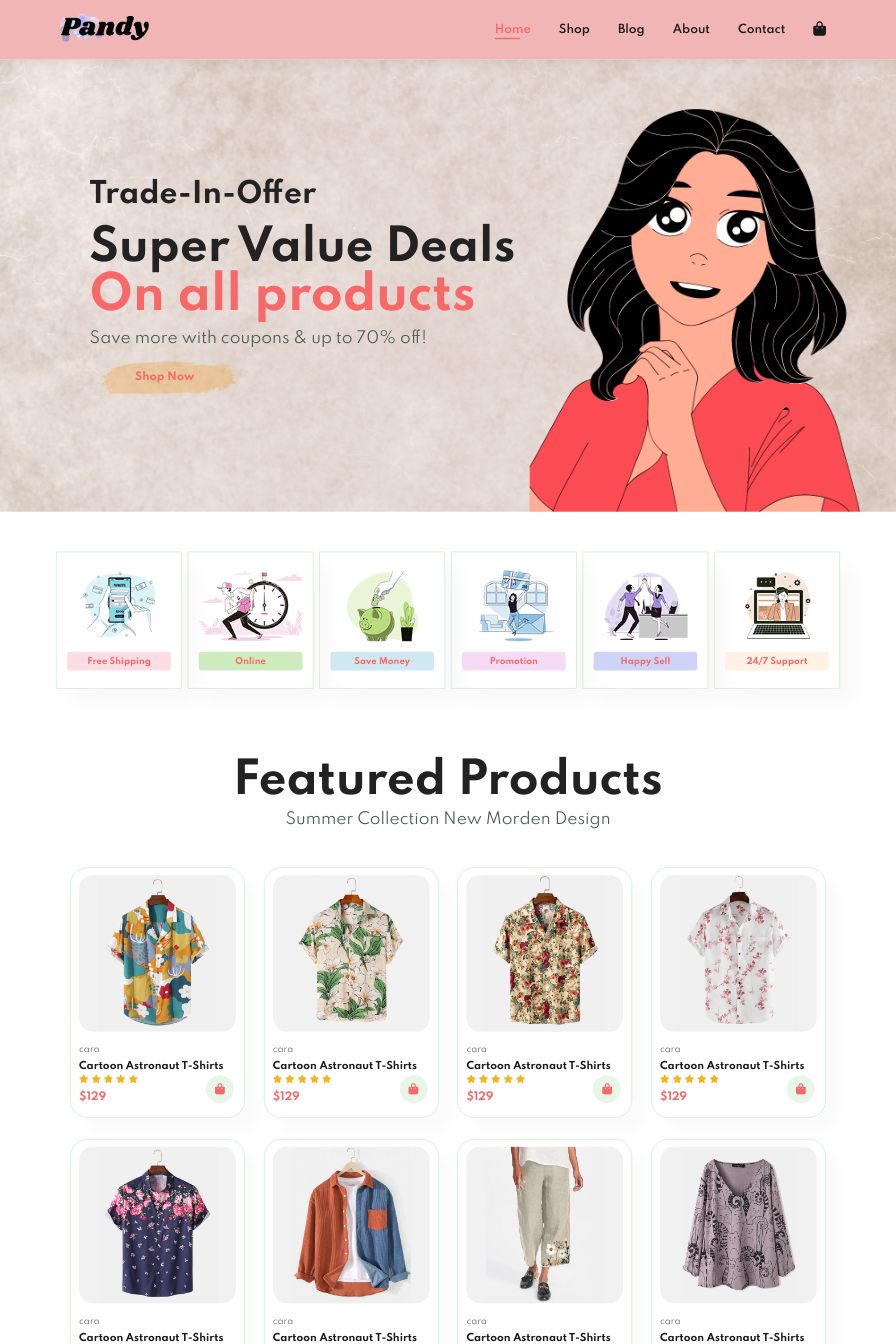
Repository: NassimeElkamari/Pandy-store-Frontend
Page: index.html
An editor plug-in stored every save of this project. The page is shown before and after the next save, followed by the edit.
The browser window is 1280 px wide. The pictures show the part of the page from y = 0 to 1920 px (the page is 3817 px tall), at 70% of full size.

Above is the page before, as saved 2024-10-05 12:31:19.

After the next save:
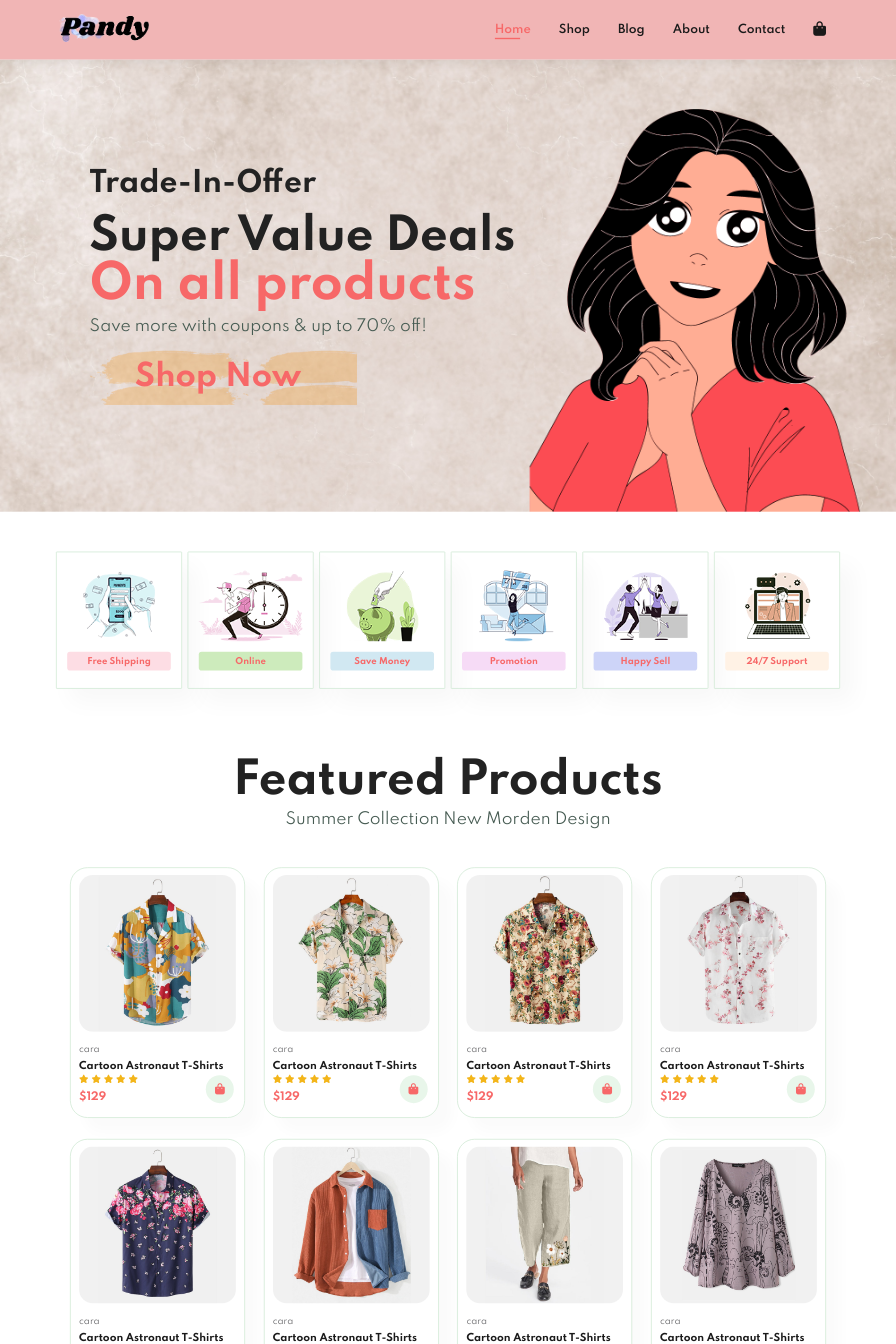
Saved 8 s later.
--- a/index.html
+++ b/index.html
@@ -37,7 +37,7 @@
                 <h2 class="select-none">Super Value Deals</h2>
                 <h1 class="select-none">On all products</h1>
                 <p class="select-none">Save more with coupons & up to 70% off!</p>
-                <button class="shop"><span class="">Shop Now</span></button>
+                <button><span class="shop">Shop Now</span></button>
             </div>
         </div>
     </section>
